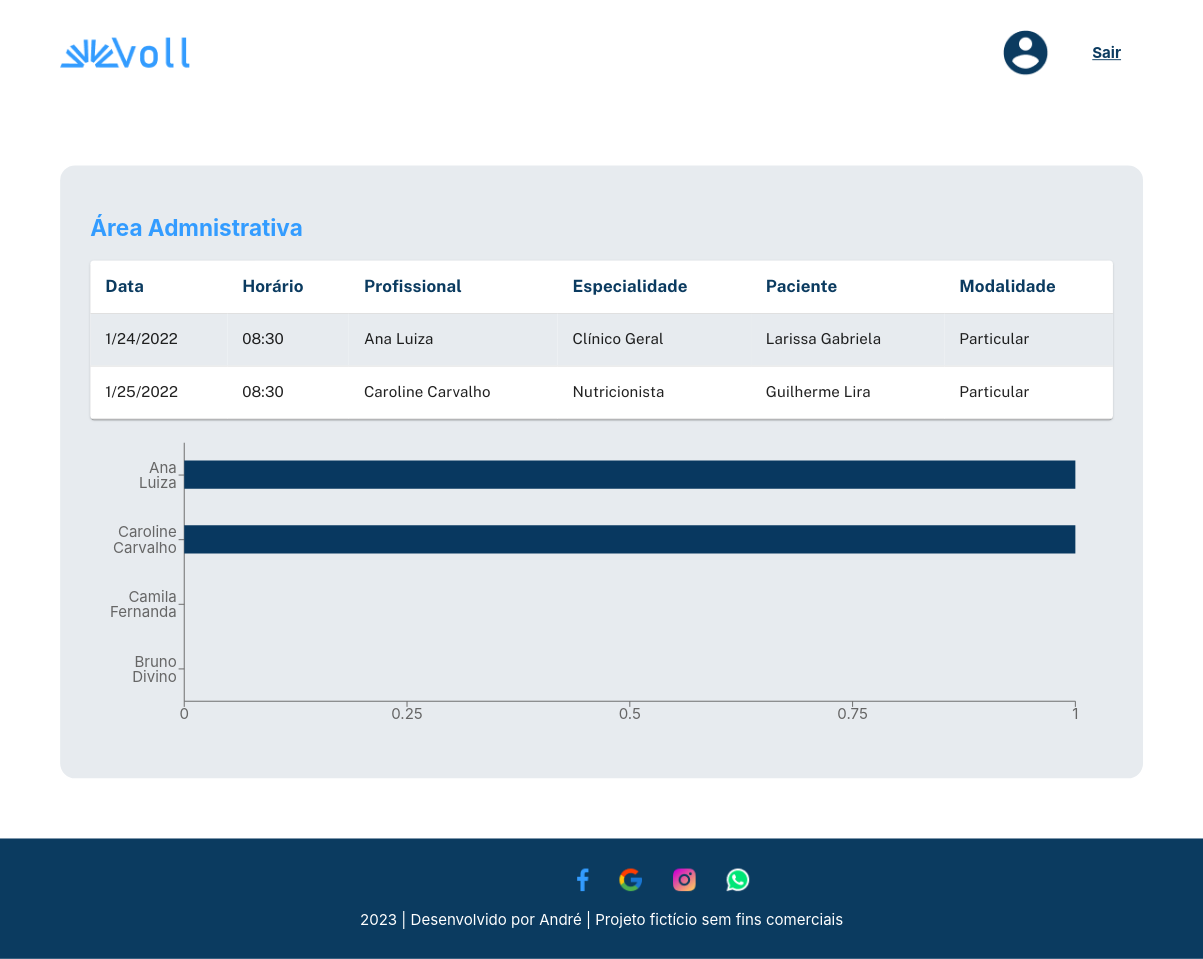
Repository: andrevff/voll-main
Page: /
These files come from the project's save history. The page is drawn as it stood at one moment and after the next save; the edit follows.
The browser window is 1280 px wide. The pictures show the whole page, at 94% of full size.
The project was rebuilt for these pictures with package versions that can differ from the ones it lists, and the page was loaded fresh each time. Requests to the local data server were answered from the project's data file. Also part of the build but not shown: src/App.css.

Above is the page before, as saved 2023-07-31 23:33:39.

### src/App.tsx
import './App.css';
import Cabecalho from './components/cabecalho';
import Container from './components/container';
import Grafico from './components/grafico';
import Rodape from './components/rodape';
import Tabela from './components/tabela';
import Titulo from './components/titulo';
import useDadosConsulta from './useDadosConsulta';
import useDadosProfissional from './useDadosProfissional';

function App() {

  const {dados: consultas, erro: consultasErro} = useDadosConsulta()
  const {dados: profissionais, erro: profissionaisErro} = useDadosProfissional()

  if (consultasErro || profissionaisErro) {
    console.log("Ocorreu um erro na requisição!")
  }

  return (
    <>
      <Cabecalho />
      <Container>
        <Titulo>Área Admnistrativa</Titulo>
        <Tabela consultas={consultas} />
        <Grafico consultas={consultas} profissionais={profissionais} />
      </Container>
      <Rodape />
    </>
  );
}

export default App;

### src/components/cabecalho/index.tsx
/* eslint-disable jsx-a11y/anchor-is-valid */
import styled from 'styled-components'
import logo from './assets/logo.png'
import perfil from './assets/perfil.png'

const CabecalhoEstilizado = styled.header`
    display: flex;
    align-items: center;
    justify-content: space-between;
    padding: 2em 4em;
`

const Container = styled.div`
    display: flex;
    align-items: center;
    justify-content: space-around;
    flex-grow: .1;
`

const LinkEstilizado = styled.a`
    color: var(--azul-escuro);
    font-weight: 700;
`

export default function Cabecalho(){
    return(
        <CabecalhoEstilizado>
            <img src={logo} alt="Logo da empresa Voll" />
            <Container>
                <img src={perfil} alt="Imagem de perfil do usuário" />
                <LinkEstilizado href="#">Sair</LinkEstilizado>
            </Container>
        </CabecalhoEstilizado>
    )

}

### src/components/container/index.tsx
import styled from "styled-components";

const Container = styled.section`
    background-color: var(--cinza-claro);
    margin: 4em;
    border-radius: 16px;
    padding: 2em;
    height: 100%;
`

export default Container

### src/components/grafico/index.tsx
import { Bar, BarChart, ResponsiveContainer, XAxis, YAxis } from "recharts";
import IProfissional from "../../types/IProfissional";
import IConsulta from "../../types/IConsulta";
import useDadosGrafico from "./useDadosGrafico";

interface Props {
    profissionais: IProfissional[] | null,
    consultas: IConsulta[] | null
}

interface IDados {
    nome: string,
    consultas: number
}

export default function Grafico({profissionais, consultas}: Props){

    let dados: Array<IDados> = useDadosGrafico({profissionais, consultas})

    return(
        <>

            <ResponsiveContainer width="100%" height={350}>
                <BarChart layout="vertical" data={dados} margin={{ top: 25, right: 40, left: 40, bottom: 20 }}>
                    <XAxis type="number"></XAxis>
                    <YAxis type="category" dataKey="nome"></YAxis>
                    <Bar dataKey="consultas" fill="#083860" barSize={30}></Bar>
                </BarChart>
            </ResponsiveContainer>
        </>
    )
}

### src/components/rodape/index.tsx
/* eslint-disable jsx-a11y/anchor-has-content */
/* eslint-disable jsx-a11y/anchor-is-valid */
import styled from 'styled-components'
import facebook from './assets/facebook.png'
import google from './assets/google.png'
import instagram from './assets/instagram.png'
import whatsapp from './assets/whatsapp.png'

const RodapeEstilizado = styled.footer`
    height: 100%;
    color: white;
    padding: 1em;
    background-color: var(--azul-escuro);
    text-align: center;
`

const ListaEstilizada = styled.ul`
    display: flex;
    justify-content: space-around;
    width: 10%;
    margin: 1em auto;
`

const ItemEstilizado = styled.li`
    list-style-type: none;
    padding: 0 1em;
`

export default function Rodape(){
    return(
        <RodapeEstilizado>
            <ListaEstilizada>
                <ItemEstilizado>
                    <a href="#">
                        <img src={facebook} alt="Logo do Facebook" />
                    </a>
                </ItemEstilizado>
                <ItemEstilizado>
                    <a href="#">
                        <img src={google} alt="Logo do Google" />
                    </a>
                </ItemEstilizado>
                <ItemEstilizado>
                    <a href="#">
                        <img src={instagram} alt="Logo do Instagram" />
                    </a>
                </ItemEstilizado>
                <ItemEstilizado>
                    <a href="#">
                        <img src={whatsapp} alt="Logo do WhatsApp" />
                    </a>
                </ItemEstilizado>
            </ListaEstilizada>
            <p>2023 | Desenvolvido por André | Projeto fictício sem fins comerciais</p>
        </RodapeEstilizado>
    )
}

### src/components/tabela/index.tsx
import { Paper } from "@mui/material";
import TableContainer from "@mui/material/TableContainer/TableContainer";
import Table from "@mui/material/Table/Table";
import TableHead from "@mui/material/TableHead/TableHead";
import TableRow from "@mui/material/TableRow/TableRow";
import TableCell from "@mui/material/TableCell/TableCell";
import TableBody from "@mui/material/TableBody/TableBody";
import IConsulta from "../../types/IConsulta";
import styled from "@emotion/styled";
import { tableCellClasses } from "@mui/material/TableCell";

const CelulaEstilizada = styled(TableCell)(() => ({
    [`&.${tableCellClasses.head}`]: {
        color: "var(--azul-escuro)",
        fontSize: 18,
        fontWeight: 700,
        fontFamily: "var(--fonte-principal)"
    },
    [`&.${tableCellClasses.body}`]: {
        fontSize: 16,
        fontFamily: "var(--fonte-principal)"
    }
}))

const LinhaEstilizada = styled(TableRow)(() => ({
    [`&:nth-of-type(odd)`]: {
        backgroundColor: "var(--cinza-claro)",
        align: "right"
    }
}))

export default function Tabela({consultas} : {consultas : IConsulta[] | null}) {
    return(
        <>
            <TableContainer component = {Paper}>
                <Table sx={{minWidth: 700}} aria-label="tabela-customizada">
                    <TableHead>
                        <TableRow>
                            <CelulaEstilizada>Data</CelulaEstilizada>
                            <CelulaEstilizada>Horário</CelulaEstilizada>
                            <CelulaEstilizada>Profissional</CelulaEstilizada>
                            <CelulaEstilizada>Especialidade</CelulaEstilizada>
                            <CelulaEstilizada>Paciente</CelulaEstilizada>
                            <CelulaEstilizada>Modalidade</CelulaEstilizada>
                        </TableRow>
                    </TableHead>
                    <TableBody>
                        {consultas?.map((linha) => {
                            return(
                                <LinhaEstilizada>
                                    <CelulaEstilizada component="th" scope="row">{new Date(linha.data).toLocaleDateString()}</CelulaEstilizada>
                                    <CelulaEstilizada>{linha.horario}</CelulaEstilizada>
                                    <CelulaEstilizada>{linha.profissional[0].nome}</CelulaEstilizada>
                                    <CelulaEstilizada>{linha.profissional[0].especialidade}</CelulaEstilizada>
                                    <CelulaEstilizada>{linha.paciente}</CelulaEstilizada>
                                    <CelulaEstilizada>{linha.modalidade}</CelulaEstilizada>
                                </LinhaEstilizada>
                            )
                        })}

                    </TableBody>
                </Table>
            </TableContainer>
        </>
    )
}

### src/components/titulo/index.tsx
/* eslint-disable jsx-a11y/heading-has-content */
import avaliacao from './assets/avaliacao.png'
import grafico from './assets/grafico.png'
import consulta from './assets/consulta.png'
import React from 'react'
import styled from 'styled-components'

interface Props{
    imagem?: string,
    children?: React.ReactNode
}

interface IImagens{
    avaliacao: string,
    grafico: string,
    consulta: string
}

const SpanEstilizado = styled.span<Props>`
    background: no-repeat;
    background-position: center;
    background-size: cover;
    width: 25px;
    height: 25px;
    background-image: ${props => props.imagem ? `url(${props.imagem})` : 'none'};
`

const TituloEstilizado = styled.h2`
    color: var(--azul-claro);
`

const ContainerEstilizado = styled.div`
    display: flex;
    align-items: center;
`

export default function Titulo({ imagem, children }: Props){

    const listaDeImagens: IImagens = {
        avaliacao: avaliacao,
        grafico: grafico,
        consulta: consulta
    }

    return(
        <ContainerEstilizado>
            {imagem && <SpanEstilizado imagem={listaDeImagens[imagem as keyof IImagens]} />}
            <TituloEstilizado>{children}</TituloEstilizado>
        </ContainerEstilizado>
    )
}

### src/useDadosConsulta.ts
import IConsulta from "./types/IConsulta"
import useFetch from "./useFetch"

const useDadosConsulta = () => {
    return useFetch<IConsulta[]>({url: 'consultas'})
}

export default useDadosConsulta

### src/useDadosProfissional.ts
import IProfissional from "./types/IProfissional"
import useFetch from "./useFetch"

const useDadosProfissional = () => {
    return useFetch<IProfissional[]>({url: 'profissionais'})
}

export default useDadosProfissional

### src/components/grafico/useDadosGrafico.ts
import IConsulta from "../../types/IConsulta"
import IProfissional from "../../types/IProfissional"

interface Props {
    profissionais: IProfissional[] | null,
    consultas: IConsulta[] | null
}

interface IDados {
    nome: string,
    consultas: number
}

const useDadosGrafico = ({ profissionais, consultas }: Props) => {
    let dados: Array<IDados> = []

    if (profissionais && consultas) {
        dados = profissionais.map((profissional) => ({
            nome: profissional.nome,
            consultas: consultas.filter((consulta) =>
                consulta.profissional.some((prof) => prof.nome === profissional.nome)
            ).length
        }))
    }

    return dados
}

export default useDadosGrafico

### src/useFetch.ts
import { useEffect, useState } from "react";

export default function useFetch<T>({url} : {url : string}) {
    const [dados, setDados] = useState<T | null>(null)
    const [erro, setErro] = useState('')

    useEffect(() => {
        fetch(`http://localhost:8000/${url}`).then(
            resposta => resposta.json()
        ).then(dados => setDados(dados)).catch((erro => setErro(erro)))
    }, [url])

    return { dados, erro }
}

Loaded but not shown: public/index.html (common file); src/index.tsx (common file); src/index.css (common file); db.json (common file)

After the next save:
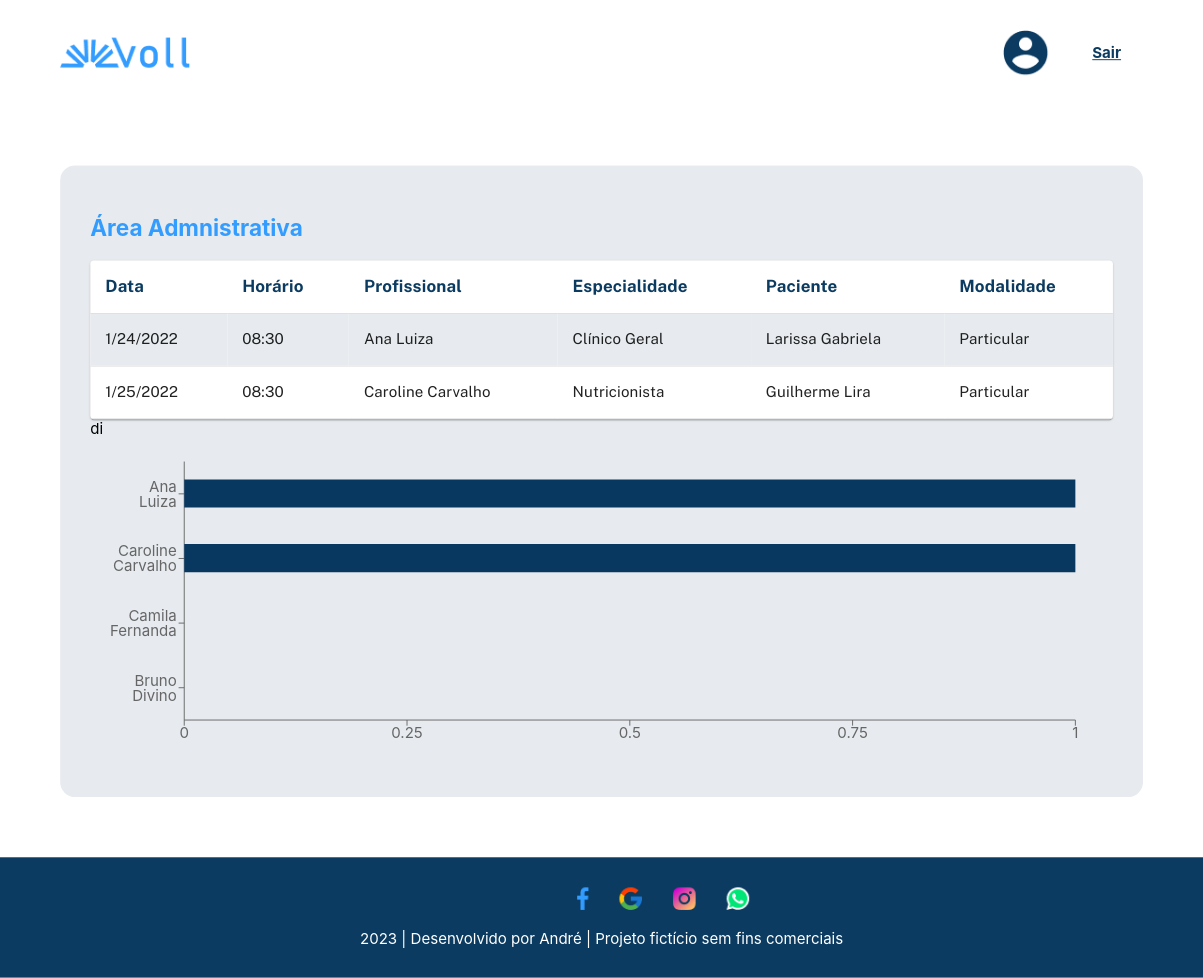
Saved 4 s later.
--- a/src/components/grafico/index.tsx
+++ b/src/components/grafico/index.tsx
@@ -19,7 +19,7 @@
 
     return(
         <>
-
+            di
             <ResponsiveContainer width="100%" height={350}>
                 <BarChart layout="vertical" data={dados} margin={{ top: 25, right: 40, left: 40, bottom: 20 }}>
                     <XAxis type="number"></XAxis>

After the save that followed:
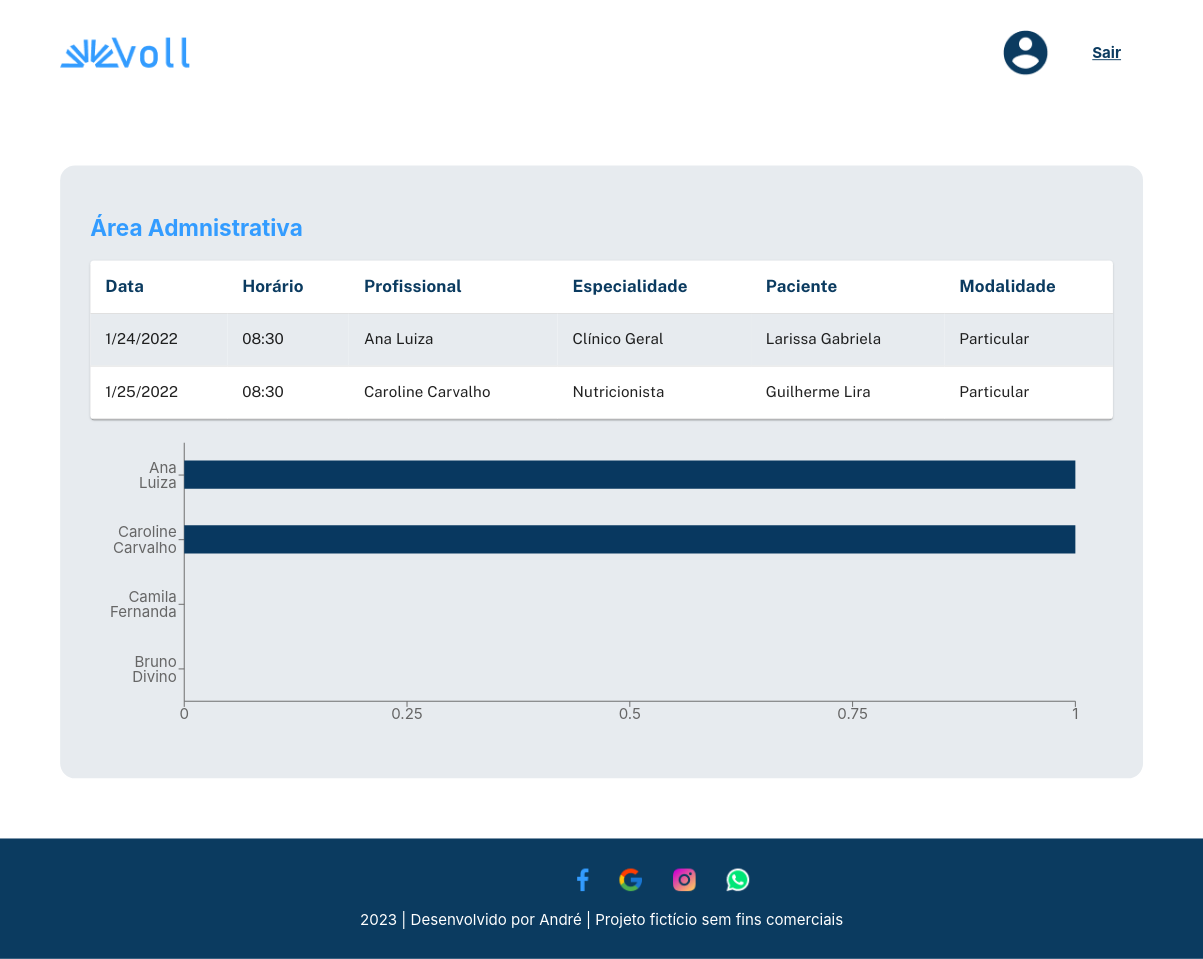
Saved 4 s later.
--- a/src/components/grafico/index.tsx
+++ b/src/components/grafico/index.tsx
@@ -19,7 +19,9 @@
 
     return(
         <>
-            di
+            <div>
+
+            </div>
             <ResponsiveContainer width="100%" height={350}>
                 <BarChart layout="vertical" data={dados} margin={{ top: 25, right: 40, left: 40, bottom: 20 }}>
                     <XAxis type="number"></XAxis>
